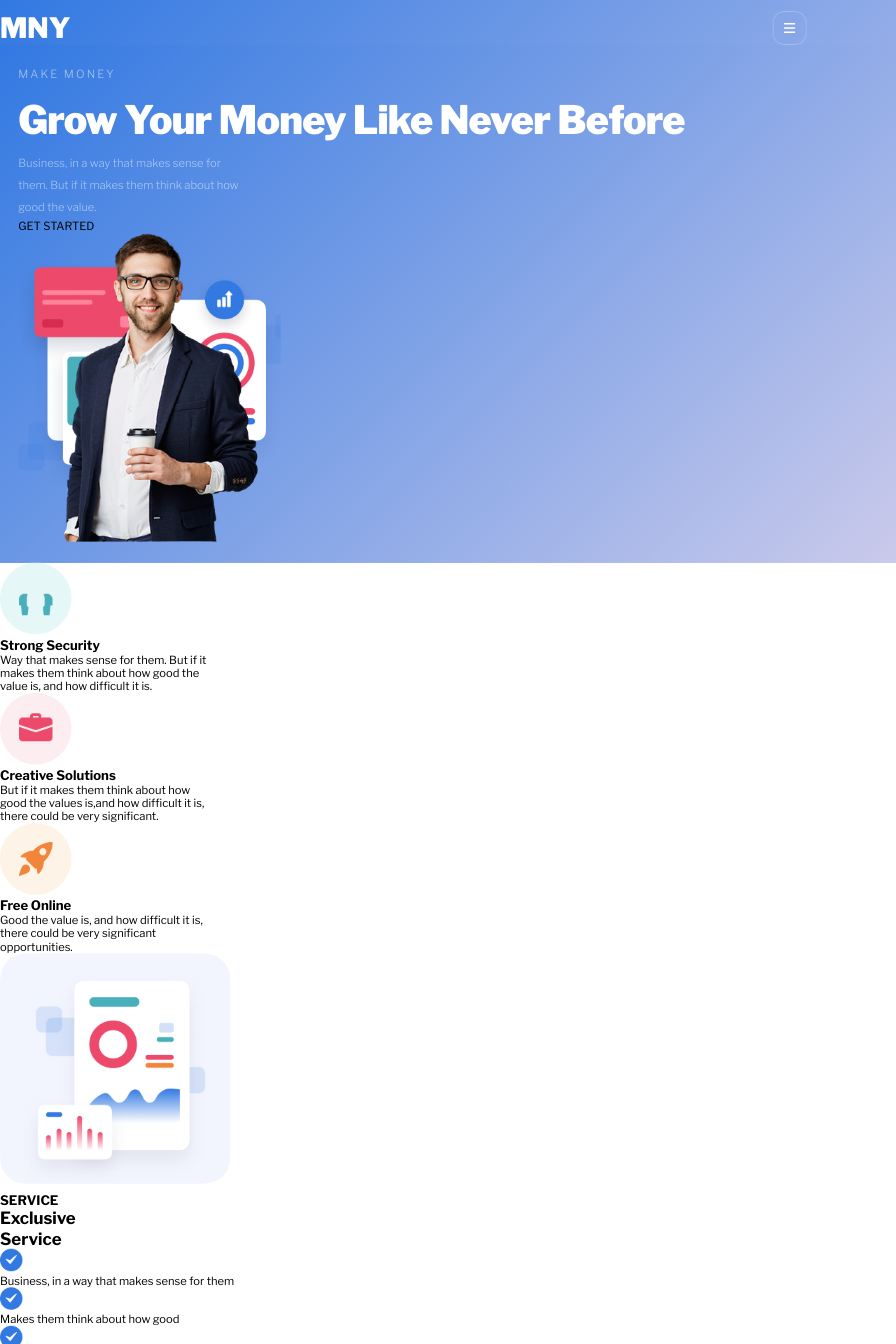
Repository: juniorAntunes910/Make-Money-Design-Avaliacao
Page: index.html
These files come from the project's save history. The page is drawn as it stood at one moment and after a run of saves; the edit follows.
The browser window is 1280 px wide. The pictures show the part of the page from y = 0 to 1920 px (the page is 4781 px tall), at 70% of full size.

Above is the page before, as saved 2026-03-13 08:17:26.

After the next 2 saves:
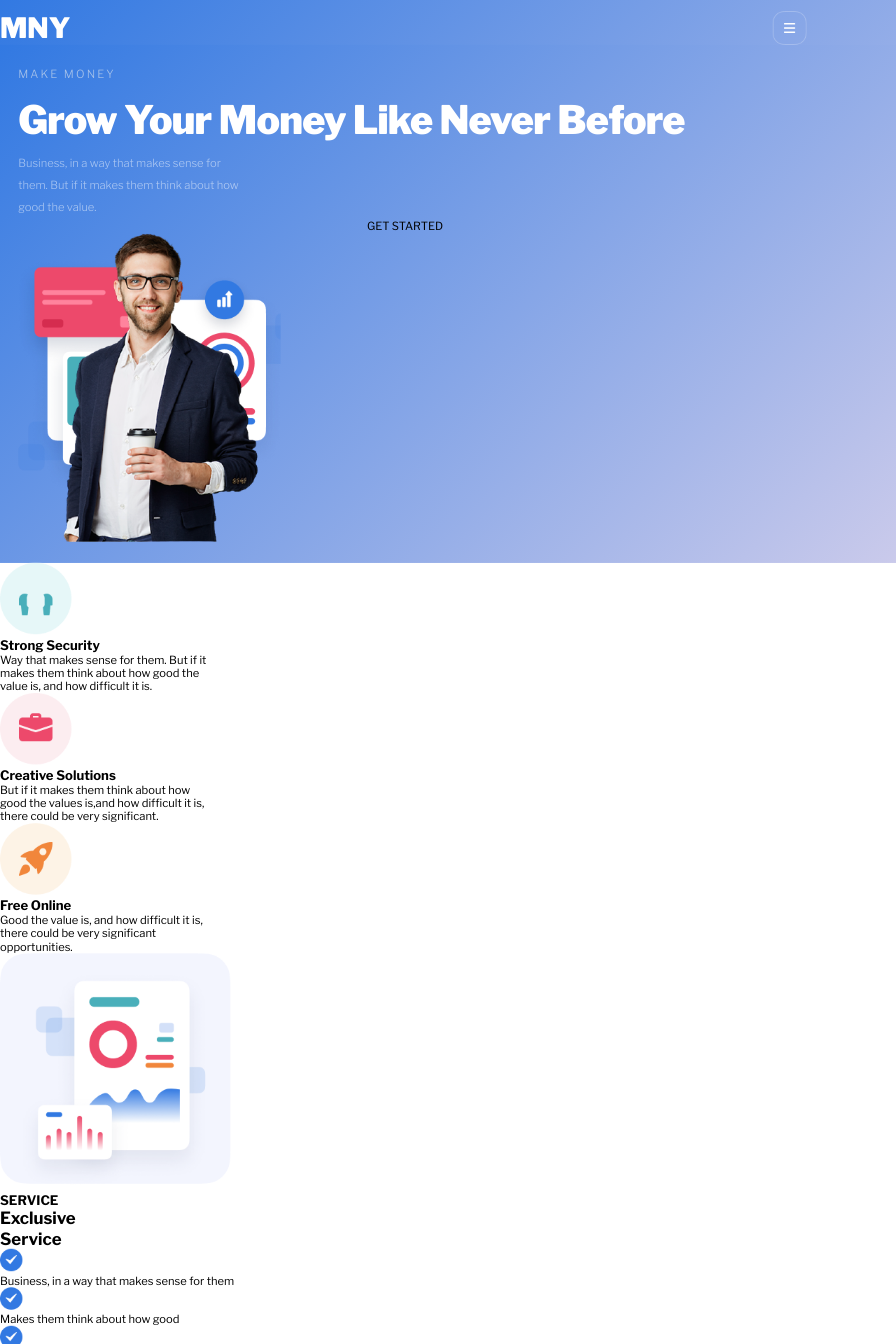
The 2 saves are shown as one change because they came seconds apart.
The last was saved 7 s later.
--- a/style.css
+++ b/style.css
@@ -133,5 +133,6 @@ header nav{
 #hero-btn {
     display: flex;
     align-items: center;
-
+    justify-content: center;
+    margin-top: ;
 }
